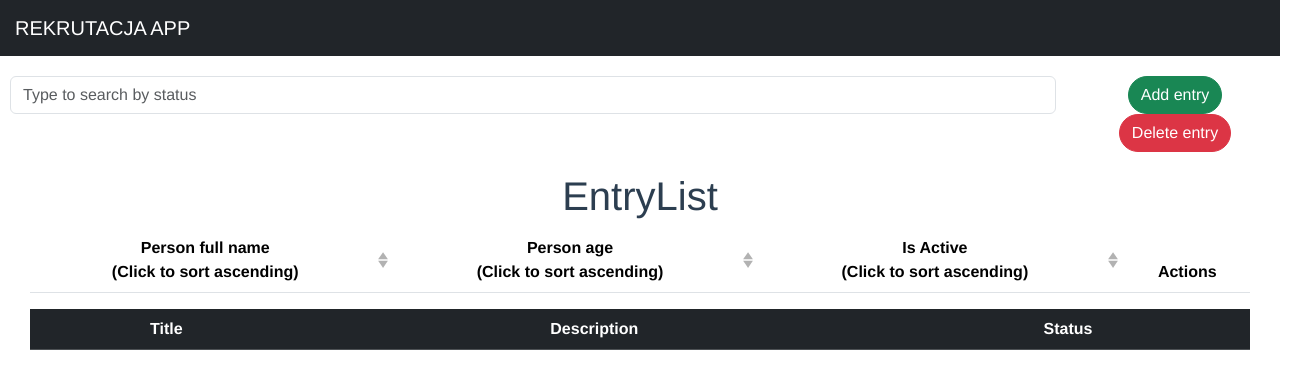
Repository: Madaless/vue_elastic
Page: / (app in vuejsapp/crudapp/)
The author's editor kept a copy of each file at every save. The page is drawn from the files as they stood at one save, then again after the next save.
The browser window is 1280 px wide. The page is 1292 px wide, so the pictures cover 1292 px, including what lies to the right of the window. The pictures show the whole page.
The page's requests for data from a server got no answer. The project was rebuilt for these pictures with package versions that can differ from the ones it lists, and the page was loaded fresh each time. No one was signed in, and anything a server would have sent is missing.

Above is the page before, as saved 2021-09-12 16:12:59.

After the next save:
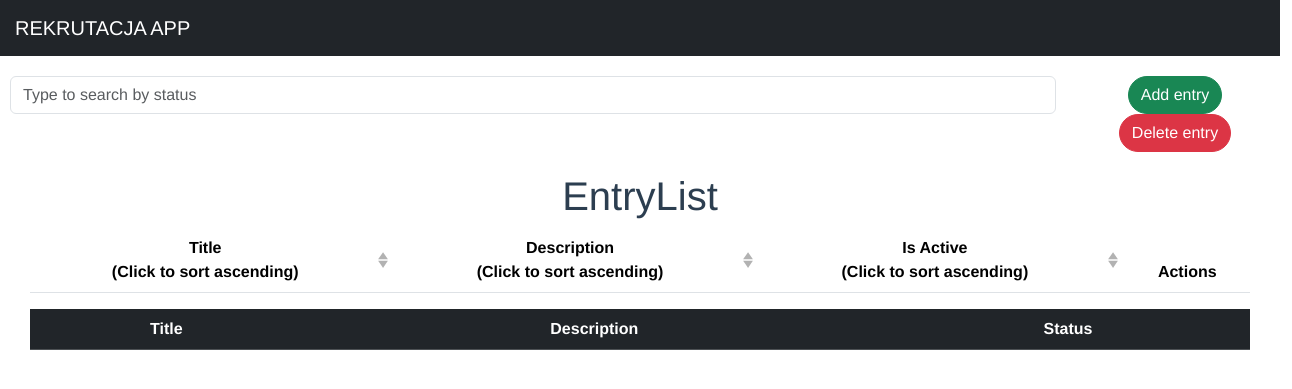
Saved 45 s later.
--- a/vuejsapp/crudapp/src/components/EntryList.vue
+++ b/vuejsapp/crudapp/src/components/EntryList.vue
@@ -98,13 +98,13 @@ export default {
       fields: [
         {
           key: "name",
-          label: "Person full name",
+          label: "Title",
           sortable: true,
           sortDirection: "desc",
         },
         {
           key: "age",
-          label: "Person age",
+          label: "Description",
           sortable: true,
           class: "text-center",
         },
